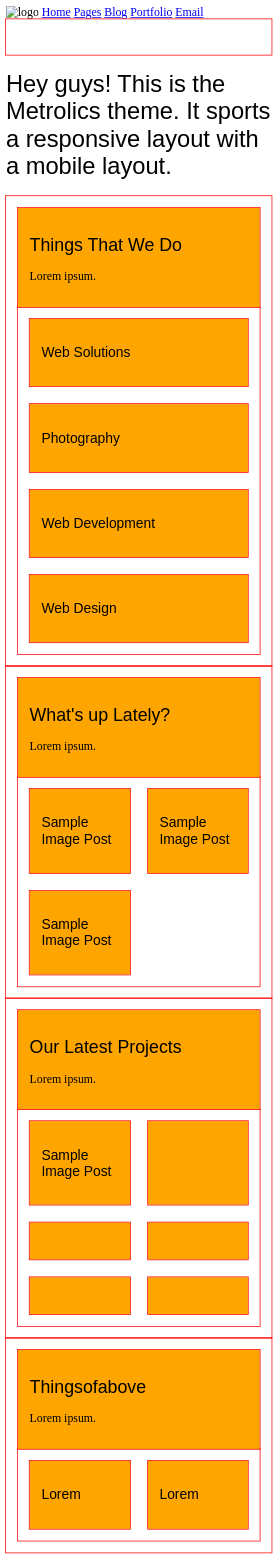
Repository: pjiang604/mdia2003-lab03b
Page: index.html
An editor plug-in stored every save of this project. The page is shown before and after the next save, followed by the edit.
The browser window is 375 px wide. The pictures show the whole page, at 74% of full size.

Above is the page before, as saved 2023-01-24 00:21:45.

After the next save:
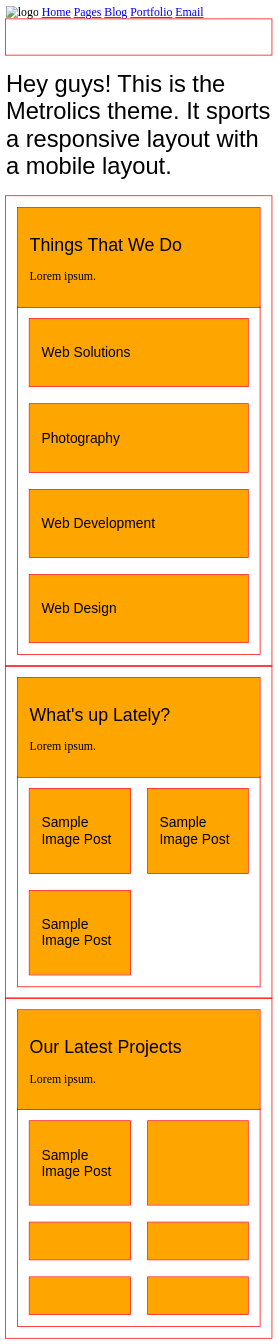
Saved 42 s later.
--- a/style.css
+++ b/style.css
@@ -27,6 +27,9 @@ h6 {
 
 /** small/mobile version */
 @media screen and (max-width:39.9375em) {
+    .fourthRow {
+        display:none;
+    }
 
     .companies {
         display:none;
